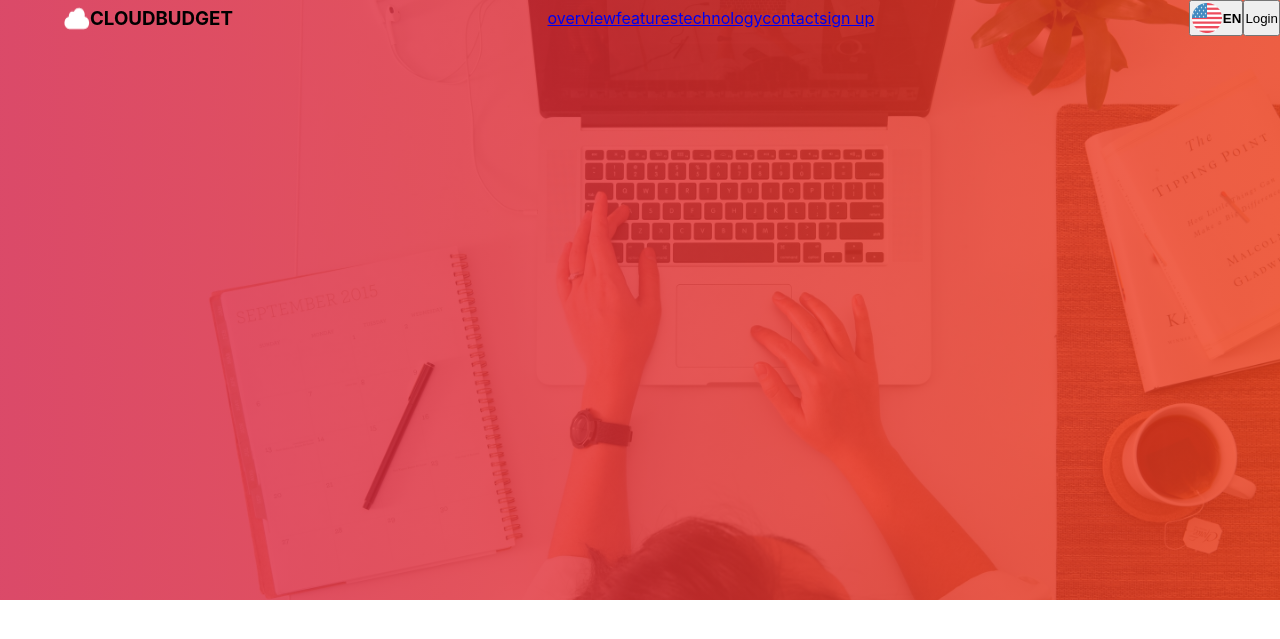
Repository: Ola-22/cloudBudget
Page: /
An editor plug-in stored every save of this project. The page is shown before and after the next save, followed by the edit.
The browser window is 1280 px wide. The pictures show the whole page.
The project was rebuilt for these pictures with package versions that can differ from the ones it lists, and the page was loaded fresh each time.

Above is the page before, as saved 2021-09-12 15:37:08.

### src/App.js
import "./App.css";
import Navbar from "./Components/Navbar";

function App() {
  return (
    <div className="App">
      <div
        className="app-main"
        style={{
          backgroundImage:
            "linear-gradient(90deg, rgba(213, 32, 71, 0.8) 0%, rgba(238, 61, 27, 0.8) 100%),url(/bg.png)",
          height: "600px",
        }}
      >
        <Navbar />
      </div>
    </div>
  );
}

export default App;

### src/App.css
*{
  margin: 0;
  padding: 0;
  box-sizing: border-box;
}

.app-main{
  height: 600px;
  background-position: center;
  background-repeat: no-repeat;
  background-size: cover;
  position: relative;
}

### src/Components/Navbar/index.jsx
import "./style.scss";
// import {Link} from "react-router-dom"
import { Link, BrowserRouter as Router } from "react-router-dom";

function Navbar() {
  return (
    <div className="nav-main">
      <div className="nav-box">
        <img src="/Vector.png" alt="" />
        <h3>CLOUDBUDGET</h3>
      </div>
      <Router>
        <nav>
          <Link to="/">overview</Link>
          <Link to="/">features</Link>
          <Link to="/">technology</Link>
          <Link to="/">contact</Link>
          <Link to="/">sign up</Link>
        </nav>
      </Router>
      <div style={{ display: "flex" }}>
        <button style={{ display: "flex", alignItems: "center" }}>
          <img src="/flag.png" alt="" />
          <h4>EN</h4>
        </button>
        <button>Login</button>
      </div>
    </div>
  );
}

export default Navbar;

### src/Components/Navbar/style.scss
.nav-main{
  display: flex;
  align-items: center;
  justify-content: space-between;
  // &:first-of-type{
  //   display: flex;
  // }
}

.nav-box{
  display: flex;
  justify-content: space-between;
  margin-left: 5%;
}

Loaded but not shown: public/index.html (common file); src/index.js (common file); src/index.css (common file); src/reportWebVitals.js (common file)

After the next save:
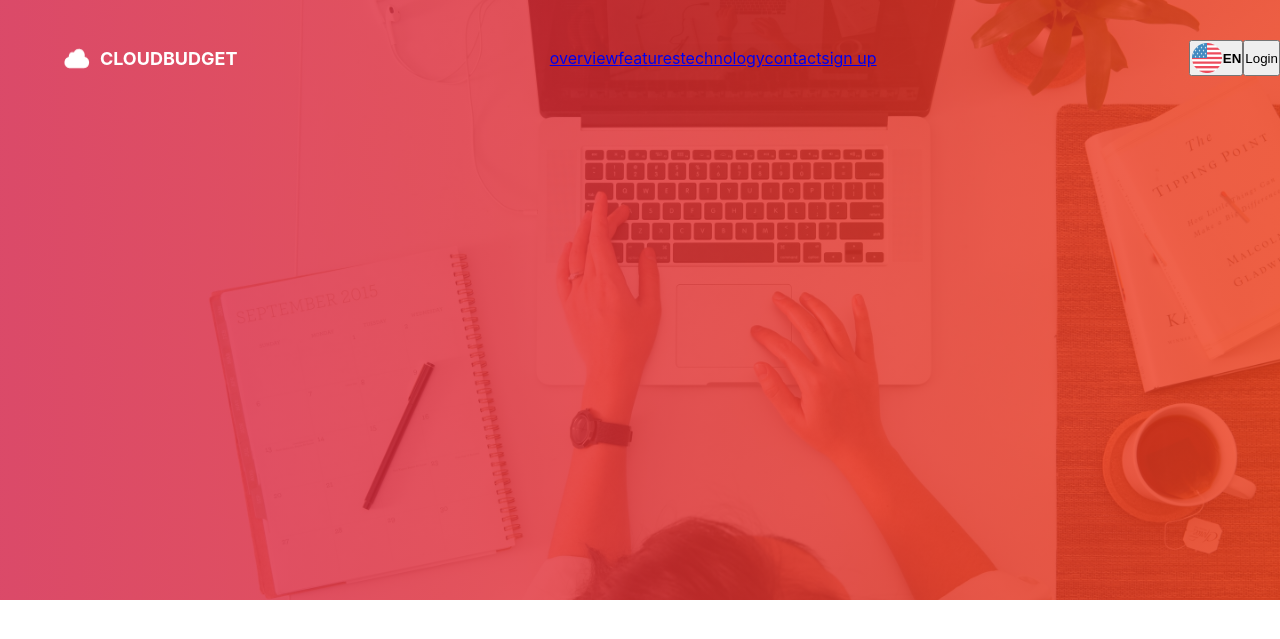
Saved 10 min 35 s later.
--- a/src/Components/Navbar/style.scss
+++ b/src/Components/Navbar/style.scss
@@ -2,6 +2,7 @@
   display: flex;
   align-items: center;
   justify-content: space-between;
+  padding-top: 40px;
   // &:first-of-type{
   //   display: flex;
   // }
@@ -9,6 +10,11 @@
 
 .nav-box{
   display: flex;
-  justify-content: space-between;
   margin-left: 5%;
+  & > h3{
+    font-size: 18px;
+    margin-left: 9.9px;
+    color: white;
+
+  }
 }
